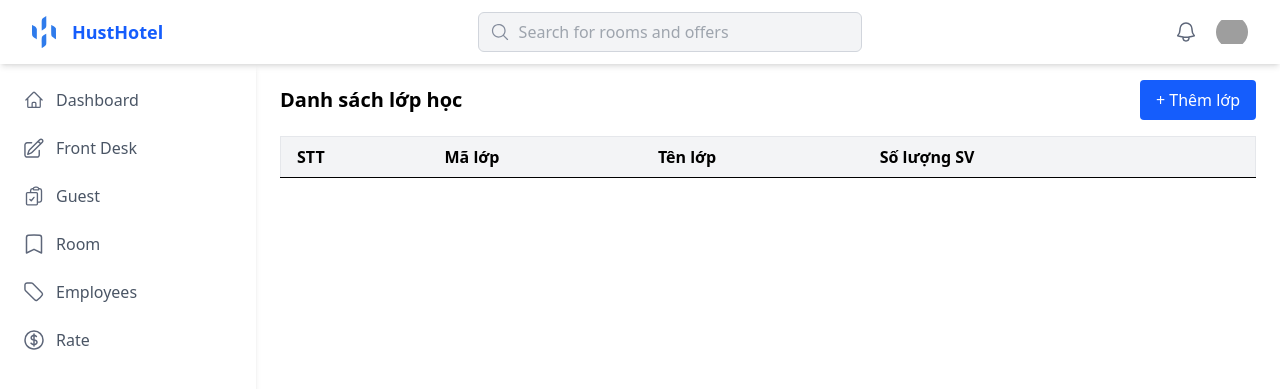
Repository: nguynd/GR1Attendance
Page: / (app in fe/)
The author's editor kept a copy of each file at every save. The page is drawn from the files as they stood at one save, then again after a run of saves.
The browser window is 1280 px wide. The pictures show the whole page.
Pictures or frames that could not be fetched are drawn as grey boxes. The page's requests for data from a server got no answer. The project was rebuilt for these pictures with package versions that can differ from the ones it lists, and the page was loaded fresh each time. Some packages were replaced by stand-ins written for this rebuild. No one was signed in, and anything a server would have sent is missing. Also part of the build but not shown: fe/vite.config.js, fe/src/components/EditClass.jsx.

Above is the page before, as saved 2025-05-24 20:19:06.

After the next 3 saves:
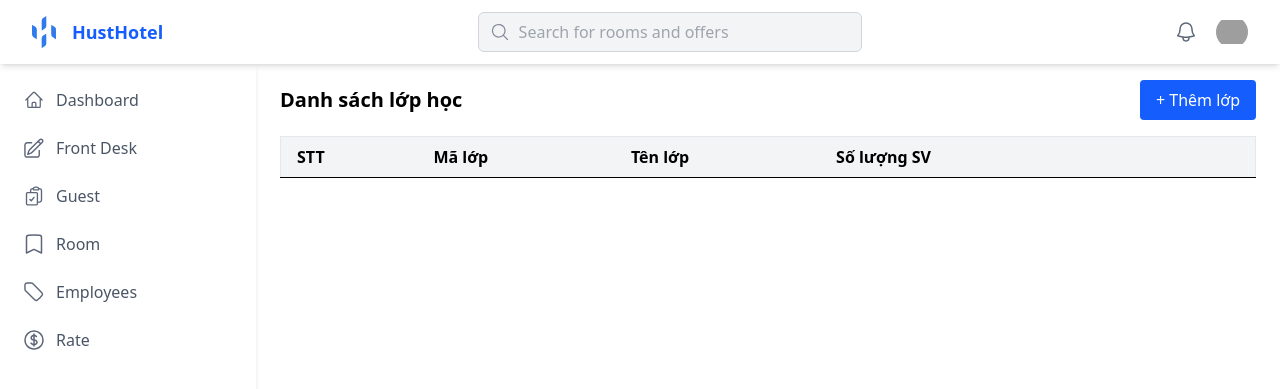
The 3 saves are shown as one change because 2 did not build or start.
The last was saved 3 min 16 s later.
--- a/fe/src/components/ClassList.jsx
+++ b/fe/src/components/ClassList.jsx
@@ -66,6 +66,7 @@ export default function ClassList() {
               <th className="px-4 py-2 border-b text-left">Tên lớp</th>
               <th className="px-4 py-2 border-b text-left">Số lượng SV</th>
               <th className="px-4 py-2 border-b text-left"></th>
+              <th th className="px-4 py-2 border-b text-left"></th>
             </tr>
           </thead>
           <tbody>
@@ -76,11 +77,13 @@ export default function ClassList() {
                 <td className="px-4 py-2 border-b">{cls.class_name}</td>
                 <td className="px-4 py-2 border-b">{cls.student_count}</td>
                 <td className="px-4 py-2 border-b flex items-center space-x-2">
-                  <button onClick={() => handleViewStudents(cls)} className="text-blue-600 hover:underline">
-                    👥 Xem SV
-                  </button>
                   <button onClick={() => handleEllipsisClick(cls)}>
                     <img src={ellipsisVertical} alt="Menu" className="w-5 h-5 cursor-pointer transition" />
+                  </button>
+                </td>
+                <td className="px-4 py-2 border-b flex items-center space-x-2">
+                  <button onClick={() => handleViewStudents(cls)} className="text-blue-600 hover:underline">
+                    👥
                   </button>
                 </td>
               </tr>
